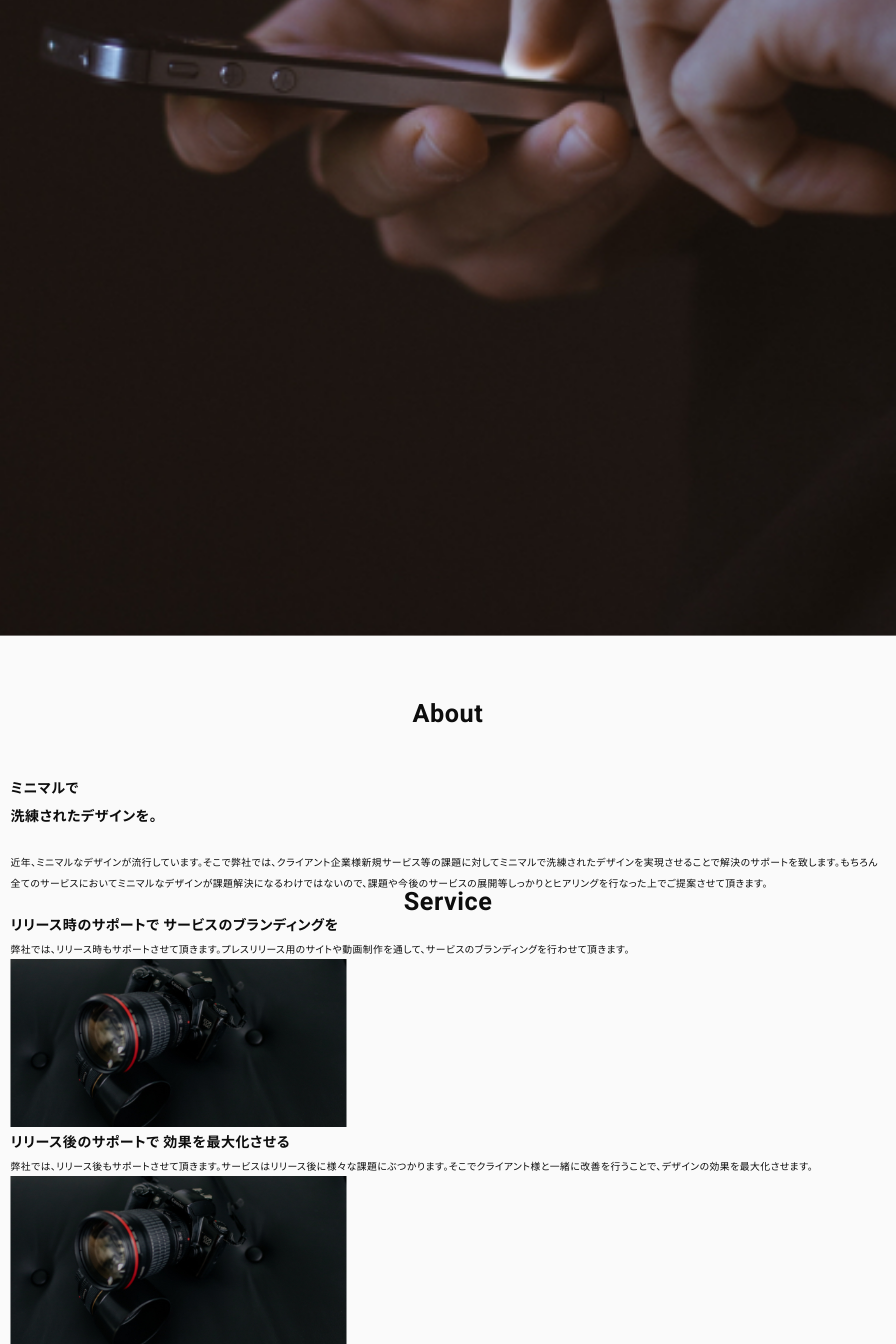
Repository: hatarakimono-kumasan/kurisuta_1st
Page: index.html
The author's editor kept a copy of each file at every save. The page is drawn from the files as they stood at one save, then again after the next save.
The browser window is 1280 px wide. The pictures show the part of the page from y = 1180 to 3100 px (the page is 3100 px tall), at 70% of full size.
Some web libraries are served in a nearby version. The style sheet was rebuilt from its Sass, Less or Tailwind sources for each picture, by a compiler version that may differ from the author's.

Above is the page before, as saved 2020-05-15 08:40:33.

After the next save:
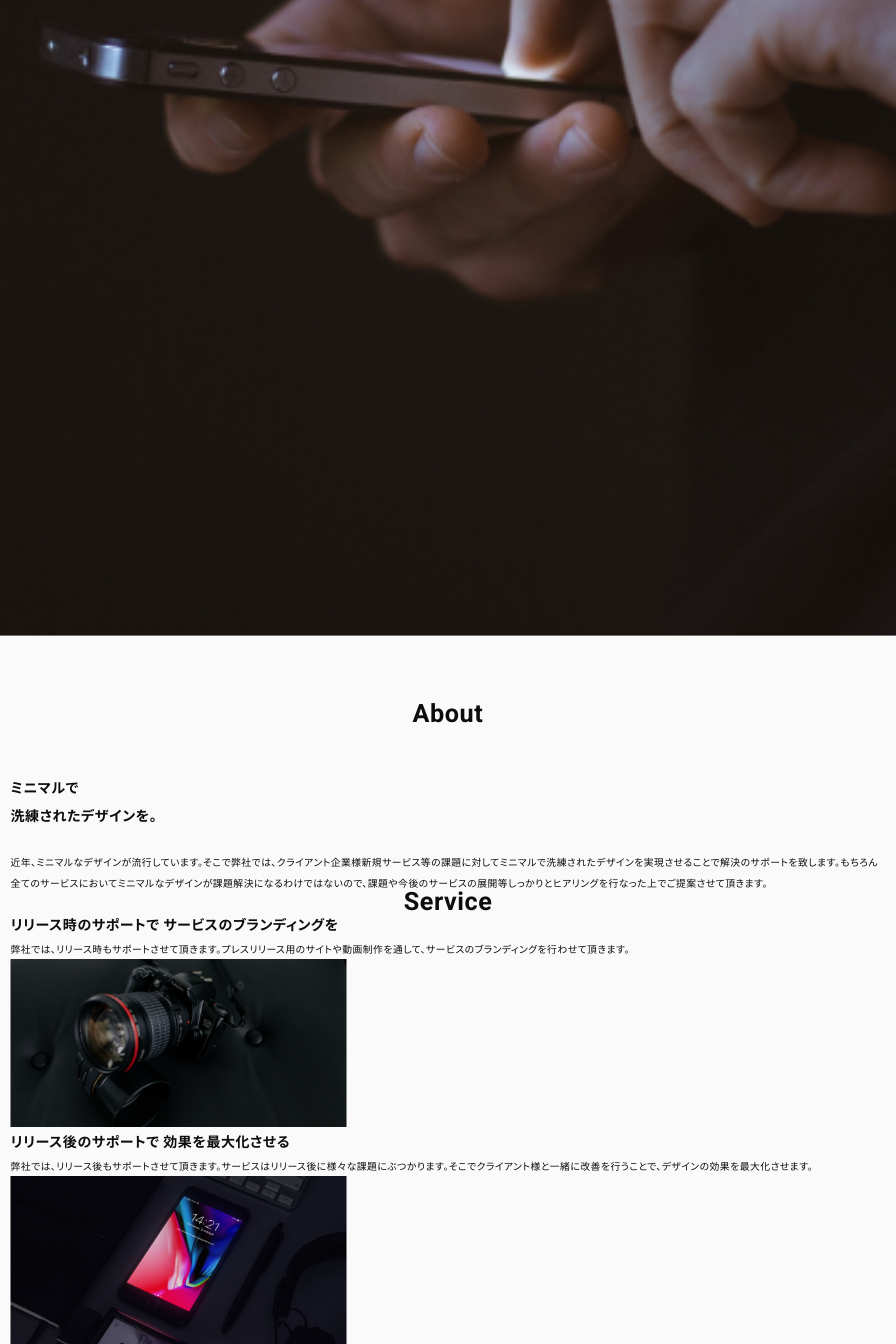
Saved 20 s later.
--- a/index.html
+++ b/index.html
@@ -85,7 +85,7 @@
 				<p>
 					弊社では、リリース後もサポートさせて頂きます。サービスはリリース後に様々な課題にぶつかります。そこでクライアント様と一緒に改善を行うことで、デザインの効果を最大化させます。
 				</p>
-				<img src="/img/service-image@2x.jpg" alt="サービス" />
+				<img src="/img/service-image02@2x.jpg" alt="サービス" />
 			</section>
 		</main>
 		<script src="drawer.js"></script>
